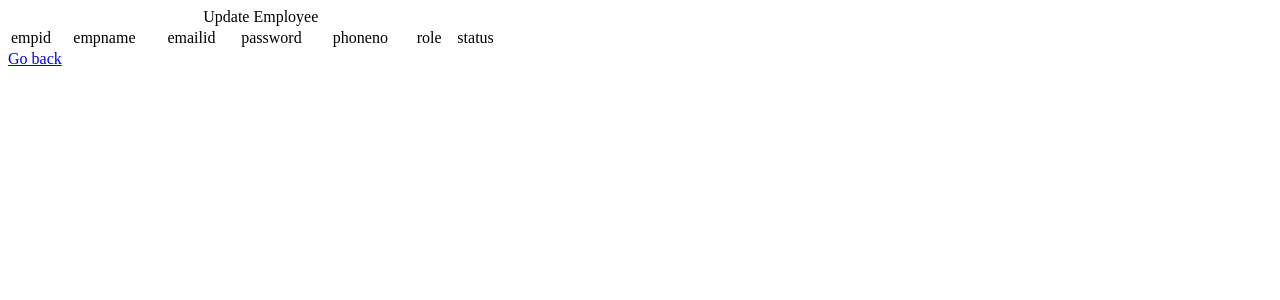
Repository: saurabh836/fullstackprojects
Page: http://localhost/EmployeeSkillProject/update.jsp
These files come from the project's save history. The page is drawn as it stood at one moment and after the next save; the edit follows.
The browser window is 1280 px wide. The pictures show the whole page.
The page is served by Tomcat 9. Queries for data that is not in the repository find no rows.

Above is the page before, as saved 2018-07-27 19:45:07.

After the next save:
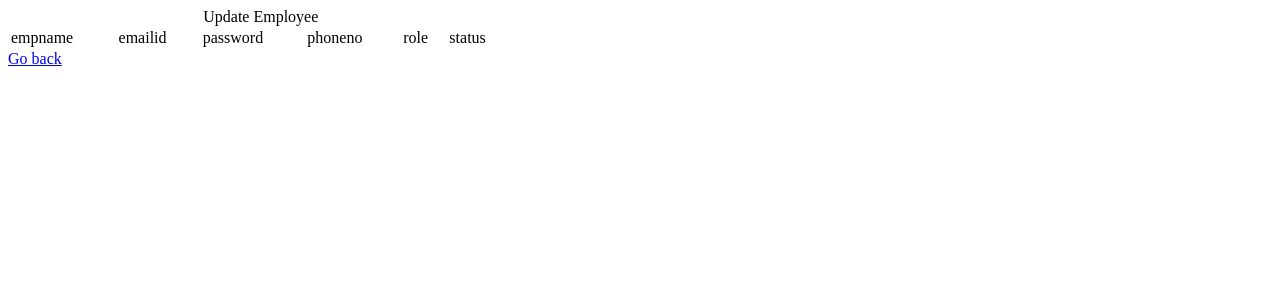
Saved 2 min 12 s later.
--- a/EmployeeSkillProject/WebContent/update.jsp
+++ b/EmployeeSkillProject/WebContent/update.jsp
@@ -19,7 +19,7 @@
         <form action="updatedb.jsp" method="post">
             <table border="0" width="40%">
                 <caption>Update Employee</caption>
-               <tr><td>empid</td>
+
                <td>empname</td>
                <td>emailid</td>
                <td>password</td>
@@ -30,8 +30,8 @@
 
                 <c:forEach var="row" items="${result.rows}">
                     <tr>
-                        <td><input type="text" value="${param.empid}" name="empid"/>
-                         <input type="text" value="${row.empname}" name="empname"/></td>
+
+                        <td><input type="text" value="${row.empname}" name="empname"/></td>
                         <td><input type="text" value="${row.emailid}" name="emailid"/></td>
                         <td><input type="text" value="${row.password}" name="password"/></td>
                         <td><input type="text" value="${row.phoneno}" name="phoneno"/></td>
